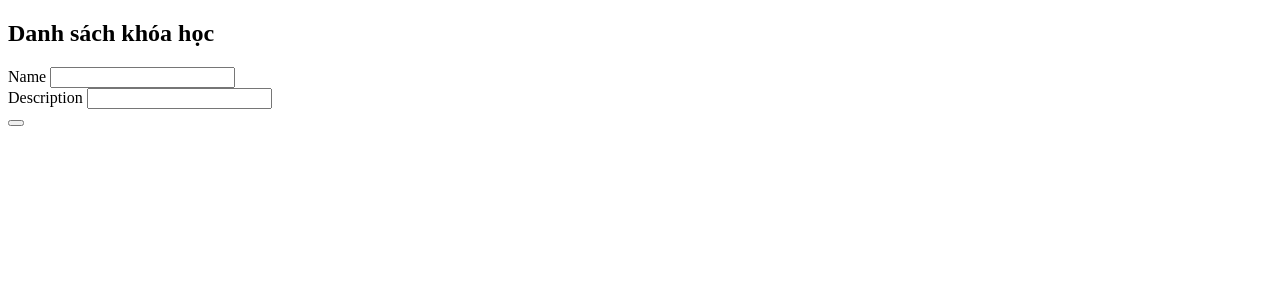
Repository: doquang195/demo-api
Page: indext.html
These files come from the project's save history. The page is drawn as it stood at one moment and after a run of saves; the edit follows.
The browser window is 1280 px wide. The pictures show the whole page.
The page's requests for data from a server got no answer.

Above is the page before, as saved 2023-10-04 09:58:21.

### indext.html
<!DOCTYPE html>
<html lang="en">
    <head>
        <meta charset="UTF-8" />
        <meta name="viewport" content="width=device-width, initial-scale=1.0" />
        <link rel="stylesheet" href="style.css" />
        <title>Document</title>
    </head>
    <body>
        <div>
            <h2>Danh sách khóa học</h2>
            <ul id="list-courses"></ul>
        </div>
        <div>
            <div>
                <label for="">Name</label>
                <input type="text" name="name">
            </div>
            <div>
                <label for="">Description</label>
                <input type="text" name="description">
            </div>
            <div>
                <button></button>
            </div>
        </div>
        <script src="./app.js"></script>
    </body>
</html>

### style.css
body {
}

### app.js
let coursesAPI = "http://localhost:3000/courses";

function start(){
    getCourses(renderCourses);
}

start();

function getCourses(callback) {
    fetch(coursesAPI)
        .then((res) => res.json())
        .then(callback)
}

function renderCourses(courses) {
    let listCourses = document.querySelector('#list-courses');
    const htmls = courses.map(function(course) {
        return `
            <li>
                <h4>${course.name}</h4>
                <p>${course.description}</p>
            </li>`
    })
    listCourses.innerHTML = htmls.join();
}

After the next 2 saves:
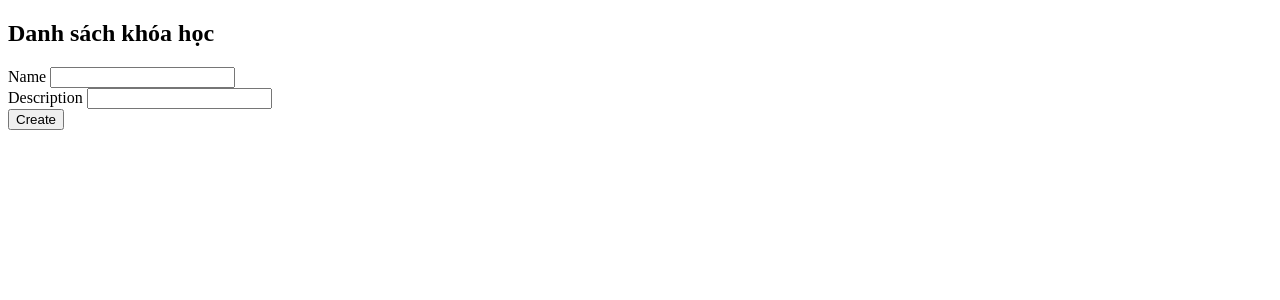
The 2 saves are shown as one change because they came seconds apart.
The last was saved 52 s later.
--- a/indext.html
+++ b/indext.html
@@ -21,7 +21,7 @@
                 <input type="text" name="description">
             </div>
             <div>
-                <button></button>
+                <button>Create</button>
             </div>
         </div>
         <script src="./app.js"></script>
